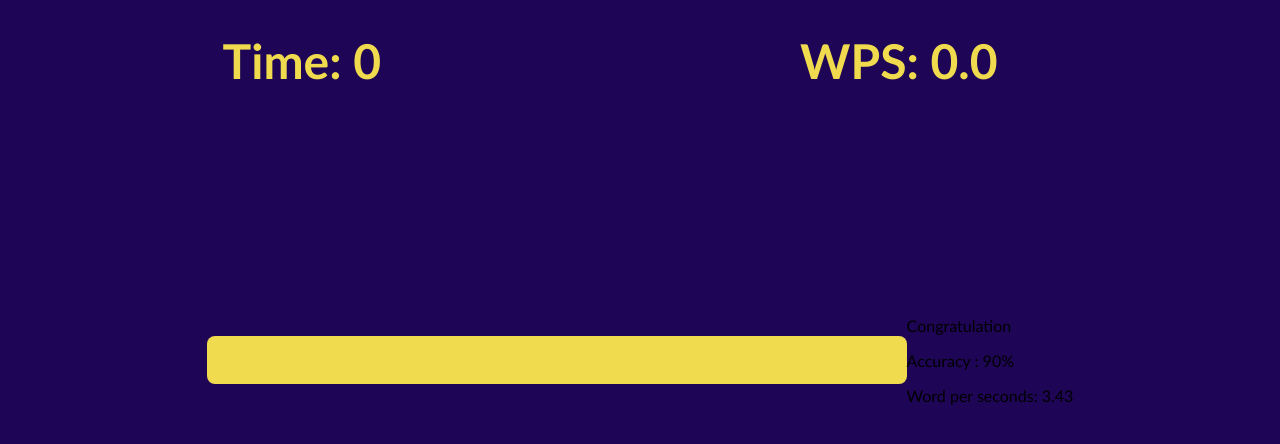
Repository: KhangNguyenIU/Vanilajs-TypingSpeed
Page: index.html
These files come from the project's save history. The page is drawn as it stood at one moment and after a run of saves; the edit follows.
The browser window is 1280 px wide. The pictures show the whole page.
The page's requests for data from a server got no answer.

Above is the page before, as saved 2021-10-15 11:09:47.

### index.html
<!DOCTYPE html>
<html lang="en">
  <head>
    <meta charset="UTF-8" />
    <meta http-equiv="X-UA-Compatible" content="IE=edge" />
    <meta name="viewport" content="width=device-width, initial-scale=1.0" />
    <link rel="stylesheet" href="style.css" />
    <script src="script.js" defer></script>
    <title>Typing Game</title>
  </head>
  <body>
    <body>
      <div class="container">
        <div class="timer">
          <span>Time: </span>
          <span id="timer">0</span>
        </div>
        <div class="word-speed">
          <span> WPS: </span>
          <span id="word-speed"> 0.0 </span>
        </div>
        <div class="quote-display" id="quoteDisplay"></div>
      </div>

      <div class="modal" id ="modal">
          <div class="modal-body">
              <p>Congratulation</p>
              <p>Accuracy : 90%</p>
              <p>Word per seconds: 3.43</p>
          </div>
      </div>
      <div id="overlay">

      </div>
    </body>
  </body>
</html>

### style.css
* {
    box-sizing: border-box;
  }

  body {
    display: flex;
    justify-content: center;
    align-items: center;
    min-height: 100vh;
    margin: 0;
    background-color: #1E0555;
  }

  body, .quote-input {
    font-family: 'Gill Sans', 'Gill Sans MT', Calibri, 'Trebuchet MS', sans-serif;
  }

  .container {
    background-color: #F0DB4F;
    padding: 1rem;
    border-radius: .5rem;
    width: 700px;
    max-width: 90%;
  }

  #overlay {
    position: fixed;
    opacity: 0;
    transition: 200ms ease-in-out;
    top: 0;
    left: 0;
    right: 0;
    bottom: 0;
    background-color: rgba(0, 0, 0, .5);
    pointer-events: none;
  }

  .timer {
    position: absolute;
    top: 2rem;
    font-size: 3rem;
    color: #F0DB4F;
    font-weight: bold;
  }

  .word-speed {
    position: absolute;
    top: 2rem;
    left:50rem;
    font-size: 3rem;
    color: #F0DB4F;
    font-weight: bold;
  }

  .quote-display {
    margin-bottom: 1rem;
    margin-left: calc(1rem + 2px);
    margin-right: calc(1rem + 2px);
    font-size: 26px;
    letter-spacing: 1.5px;
    line-height: 40px;
    color: rgba(0,0,0,.5);
  }

  .current-char{
    color:black;
    text-decoration: underline;

  }

  .quote-input {
    background-color: transparent;
    border: 2px solid #A1922E;
    outline: none;
    width: 100%;
    height: 8rem;
    margin: auto;
    resize: none;
    padding: .5rem 1rem;
    font-size: 1rem;
    border-radius: .5rem;
  }

  .quote-input:focus {
    border-color: black;
  }

  .correct {
    color: green;
  }

  .incorrect {
    color: red;
  }

### script.js
const RANDOM_QUOTE_API_URL = "http://api.quotable.io/random"
const quoteDisplayElement = document.getElementById('quoteDisplay')
const quoteInputElement = document.getElementById('quoteInput')
const timerDisplay = document.getElementById("timer")
const wordSpeedDisplay = document.getElementById('word-speed')
const blockedKey = [91, 20, 18, 17, 16, 13, 9]
let current = 0
let correct = 0
let duration;
let wordSpeed;
let flag = false
let startTime;
var interval;
function getRandomQuote() {
    return fetch(RANDOM_QUOTE_API_URL)
        .then(response => response.json())
        .then(data => data.content)
}

const startTimer = () => {
    let current = new Date()
    duration = Math.floor((current - startTime) / 1000)
    wordSpeed = (correct / duration).toFixed(2);
    wordSpeedDisplay.innerText = wordSpeed
    timerDisplay.innerText = duration
}


document.addEventListener('keydown', onTyping)

function onTyping(event) {

    if (!flag) {
        startTime = new Date()
        interval = setInterval(startTimer, 1000)
        flag = true
    }
    let arrayQuote = quoteDisplayElement.querySelectorAll("span")

    if (!blockedKey.includes(event.keyCode)) {
        if (event.key == arrayQuote[current].innerText) {
            arrayQuote[current].classList.remove("current-char")
            arrayQuote[current].classList.add("correct")
            current = current += 1;
            correct += 1
            if (current < arrayQuote.length)
                arrayQuote[current].classList.add("current-char")
            if (current >= arrayQuote.length) {
                clearInterval(interval)
                return;
            }
        }

        else {
            // arrayQuote[current].classList.remove("current-char")
            arrayQuote[current].classList.add("incorrect")
        }
    }

}

async function renderNewQuote() {
    const quote = await getRandomQuote();
    quoteDisplayElement.innerHTML = ""
    quote.split("").forEach(element => {
        const characterSpan = document.createElement("span")
        characterSpan.innerText = element
        quoteDisplayElement.appendChild(characterSpan)
    });
    quoteDisplayElement.querySelector("span").classList.add("current-char")
}



renderNewQuote()

After the next 2 saves:
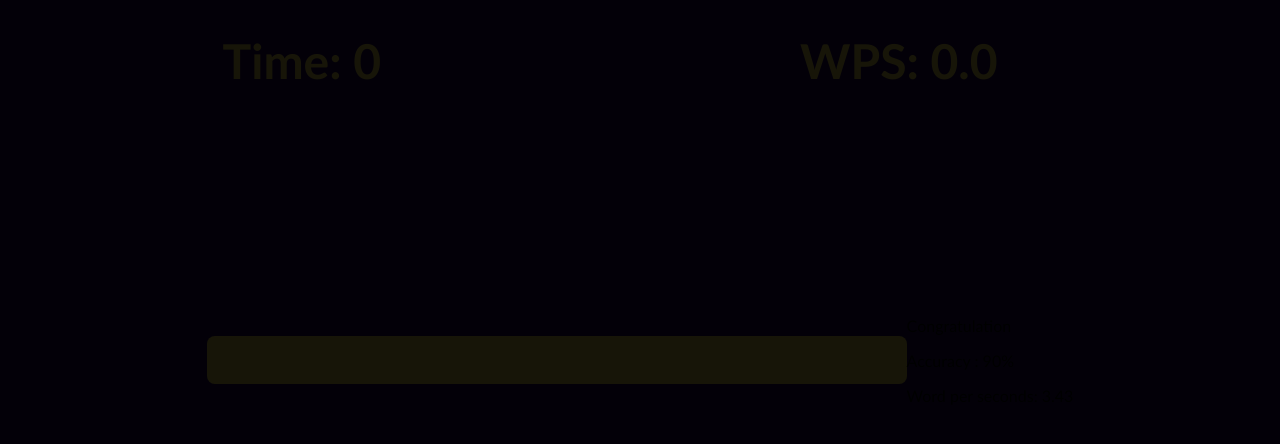
The 2 saves are shown as one change because they came seconds apart.
The last was saved 28 s later.
--- a/style.css
+++ b/style.css
@@ -25,13 +25,13 @@
 
   #overlay {
     position: fixed;
-    opacity: 0;
+    /* opacity: 0; */
     transition: 200ms ease-in-out;
     top: 0;
     left: 0;
     right: 0;
     bottom: 0;
-    background-color: rgba(0, 0, 0, .5);
+    background-color: rgba(0, 0, 0, .9);
     pointer-events: none;
   }
 

After the save that followed:
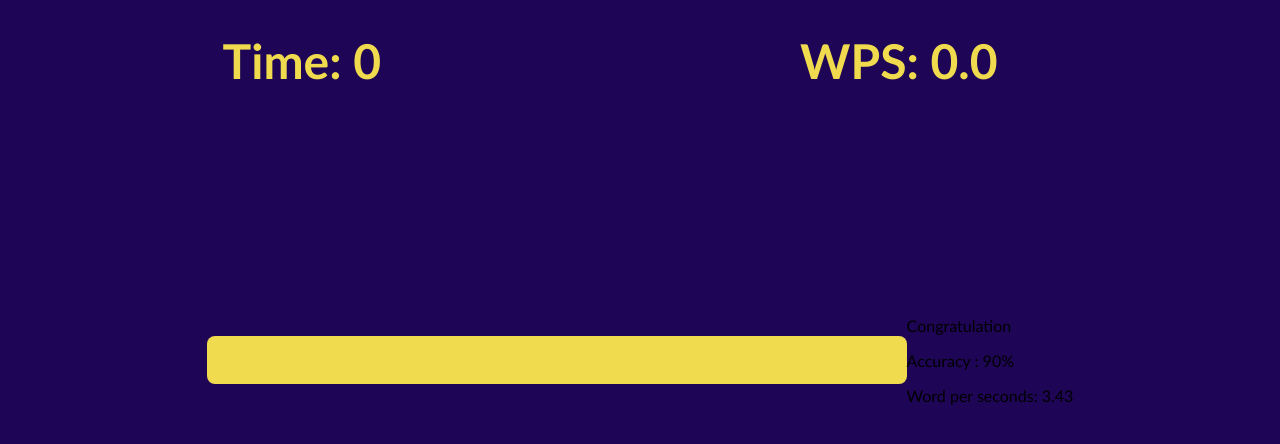
Saved 6 s later.
--- a/style.css
+++ b/style.css
@@ -25,7 +25,7 @@
 
   #overlay {
     position: fixed;
-    /* opacity: 0; */
+    opacity: 0;
     transition: 200ms ease-in-out;
     top: 0;
     left: 0;
